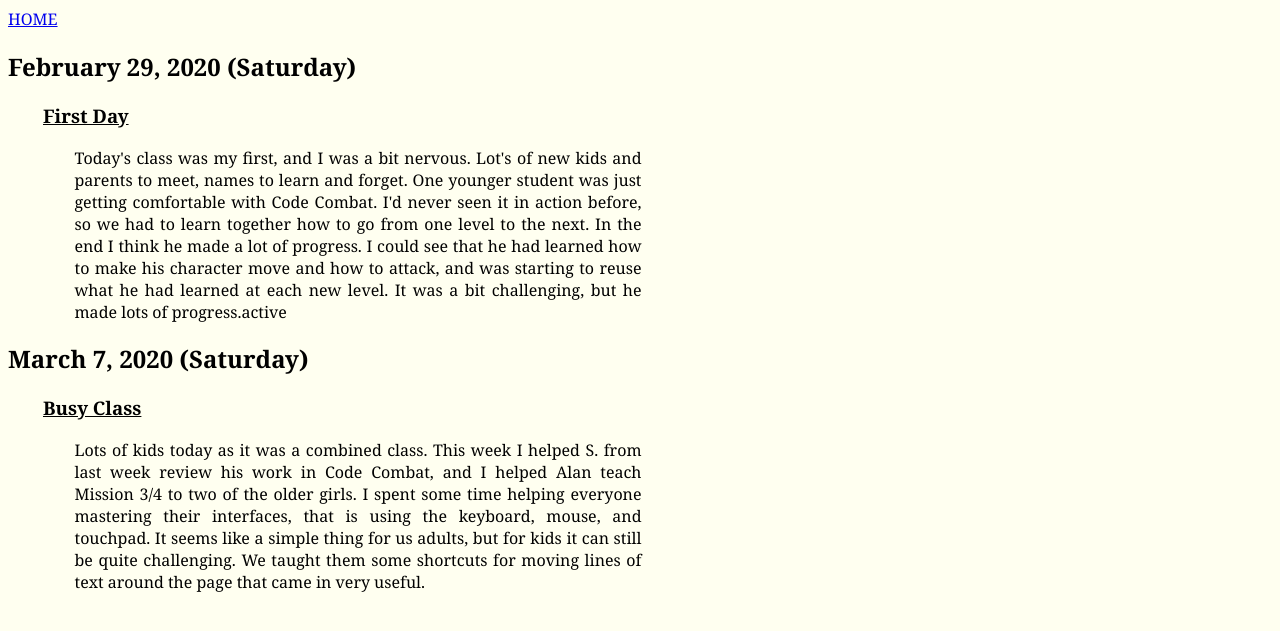
Repository: chocochocosensei/Mission-Exercises
Page: Page1/index.html
The author's editor kept a copy of each file at every save. The page is drawn from the files as they stood at one save, then again after the next save.
The browser window is 1280 px wide. The pictures show the whole page.

Above is the page before, as saved 2020-03-11 03:52:13.

### Page1/index.html
<!doctype html>
<html>

<head>
    <meta charset="utf-8">
    <link rel="stylesheet" href="../style.css">
    <title>Mission Exercises March</title>
</head>

<body>
    <section>
        <div class="nav-bar"><a href="../index.html">HOME</a></div>
    </section>

    <section>
        <div class="section-title">
            <h2 id="entry-date-for-2020-02-29">February 29, 2020 (Saturday)</h2>
        </div>
        <div class="section-activity">
            <div class="card">
                <div class="title">
                    <h3 id="entry-title-for-2020-02-29">First Day</h3>
                </div>
                <div class="content">
                    <p>Today's class was my first, and I was a bit nervous. Lot's of new kids and parents to meet, names to learn and forget. One younger student was just getting comfortable with Code Combat. I'd never seen it in action before, so we had
                        to learn together how to go from one level to the next. In the end I think he made a lot of progress. I could see that he had learned how to make his character move and how to attack, and was starting to reuse what he had learned
                        at each new level. It was a bit challenging, but he made lots of progress.active</p>
                </div>
            </div>

            <div class="card class-hours hidden">
                <div class="title">
                    <h3 id="hours-for-2020-02-29">Hours for February 29, 2020</h3>
                </div>
                <div class="content">
                    <p>Class: 10:30-12:30</p>
                    <p>Hours: 2</p>
                </div>

            </div>
        </div>
    </section>

    <section>
        <div class="section-title">
            <h2 id="entry-date-for-2020-03-07">March 7, 2020 (Saturday)</h2>
        </div>
        <div class="section-activity">
            <div class="card">
                <div class="title">
                    <h3 id="entry-title-for-2020-03-07">Busy Class</h3>
                </div>
                <div class="content">
                    <p>Lots of kids today as it was a combined class. This week I helped S. from last week review his work in Code Combat, and I helped Alan teach Mission 3/4 to two of the older girls. I spent some time helping everyone mastering their interfaces,
                        that is using the keyboard, mouse, and touchpad. It seems like a simple thing for us adults, but for kids it can still be quite challenging. We taught them some shortcuts for moving lines of text around the page that came in very
                        useful.
                    </p>
                </div>
            </div>

            <div class="card class-hours hidden">
                <div class="title">
                    <h3 id="hours-for-2020-02-29">Hours for March 7, 2020</h3>
                </div>
                <div class="content">
                    <p>Class: 10:30-12:30</p>
                    <p>Hours: 2</p>
                </div>

            </div>
        </div>
    </section>
</body>

### style.css
body {
    background-color: ivory;
    font-family: Cambria, Cochin, Georgia, Times, 'Times New Roman', serif;
    max-width: 700px;
}

*.hidden {
    display: none;
}

.section-title {}

.section-activity {
    margin: 0 5%;
}

.section-activity .content p {
    margin: 0 5%;
    text-align: justify;
}

.title {
    font-weight: bold;
    text-decoration: underline;
}

After the next save:
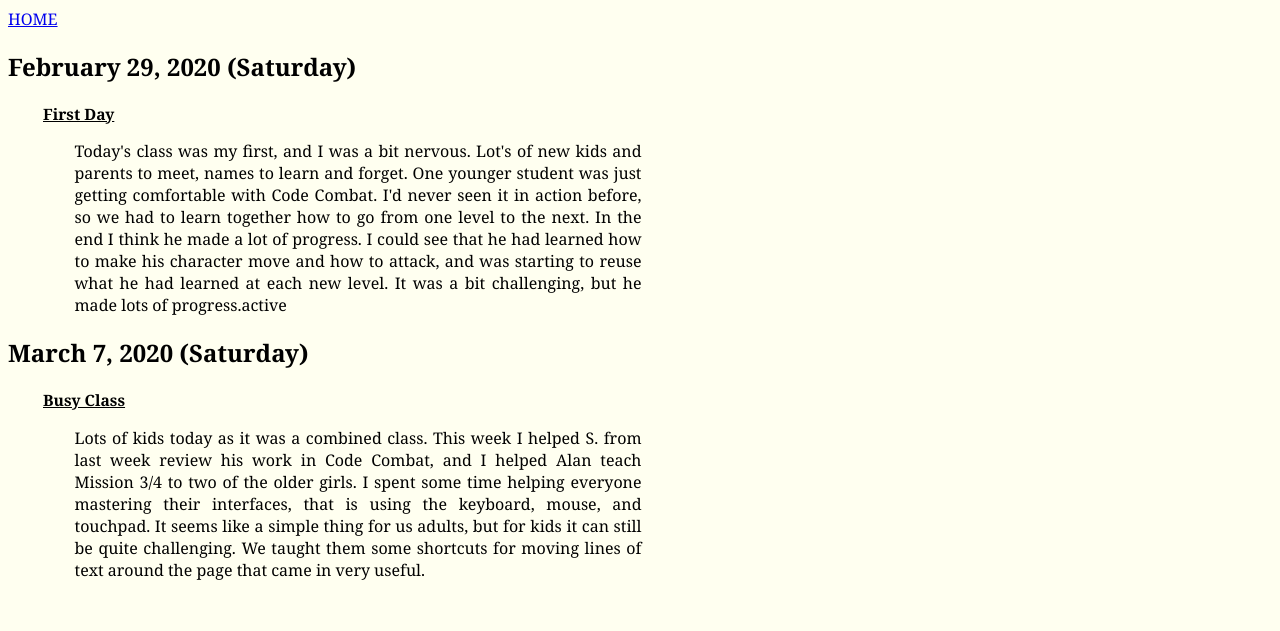
Saved 3 min 12 s later.
--- a/style.css
+++ b/style.css
@@ -21,5 +21,6 @@ body {
 
 .title {
     font-weight: bold;
+    font-size: smaller;
     text-decoration: underline;
 }
